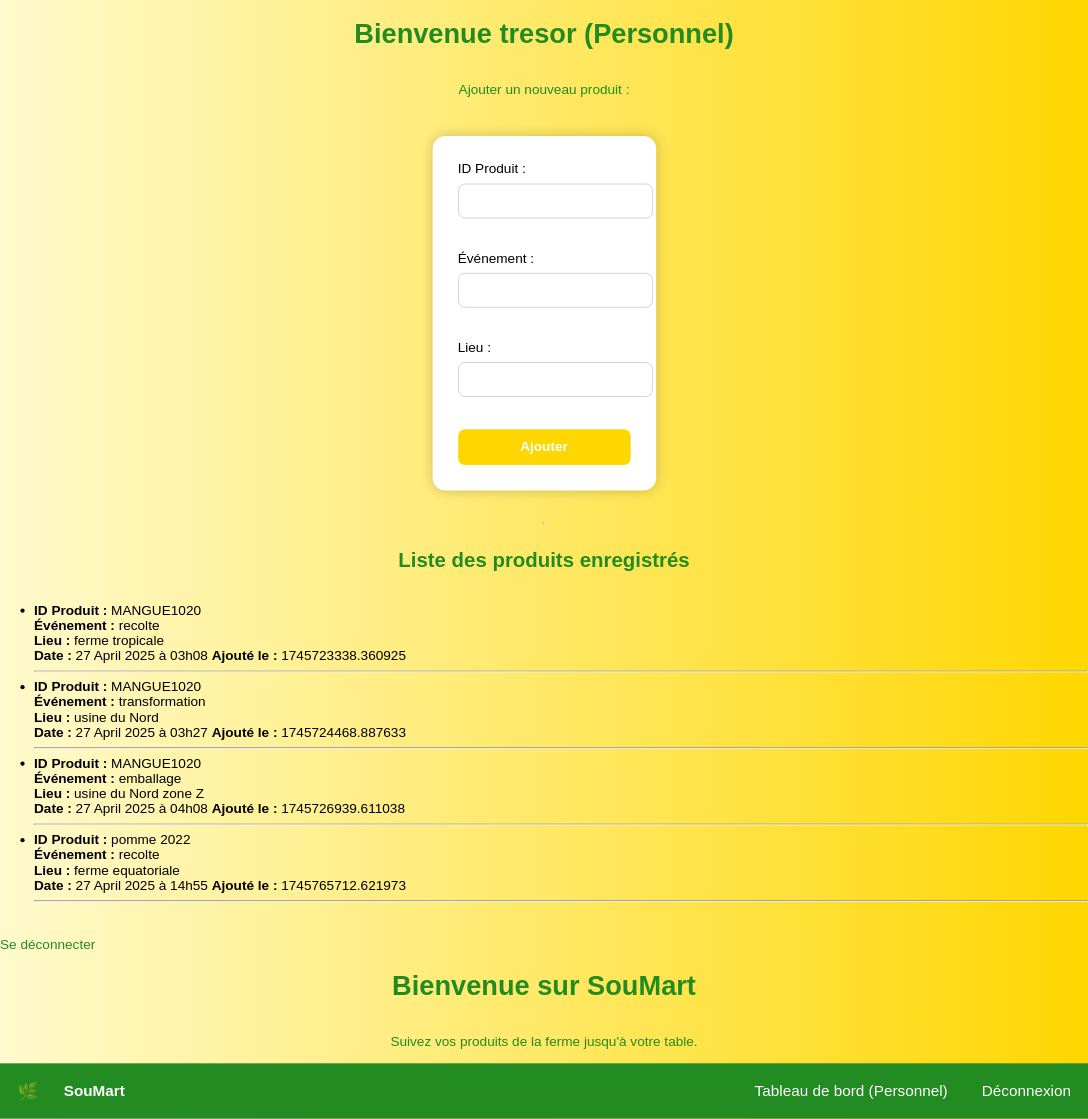
Repository: SouhailMar10/FOOD-MART
Page: http://localhost/dashboard_personnel
These files come from the project's save history. The page is drawn as it stood at one moment and after the next save; the edit follows.
The browser window is 1280 px wide. The pictures show the whole page, at 85% of full size.
The page is served by the project's application, run on Flask 3 (app.py). The user the application loads for id 1 is signed in. Other server files are loaded and not shown. The page reads the database file committed with the project.

Above is the page before, as saved 2025-04-27 11:03:16.

### templates/dashboard_personnel.html
<!DOCTYPE html>
<html lang="fr">
<head>
    <meta charset="UTF-8">
    <title>Dashboard Personnel</title>
    <link rel="stylesheet" href="{{ url_for('static', filename='style.css') }}">
</head>
<body>
    <h1>Bienvenue {{ username }} (Personnel)</h1>
    <p>Ajouter un nouveau produit :</p>

    {% with messages = get_flashed_messages() %}
      {% if messages %}
        {% for message in messages %}
          <p style="color: green;">{{ message }}</p>
        {% endfor %}
      {% endif %}
    {% endwith %}

    <form action="/dashboard_personnel" method="POST">
        <label for="product_id">ID Produit :</label><br>
        <input type="text" id="product_id" name="product_id" required><br><br>

        <label for="event">Événement :</label><br>
        <input type="text" id="event" name="event" required><br><br>

        <label for="location">Lieu :</label><br>
        <input type="text" id="location" name="location" required><br><br>

        <input type="submit" value="Ajouter">
    </form>

    <hr>

    <h2>Liste des produits enregistrés</h2>
    {% if products %}
        <ul>
            {% for block in products %}
                <li>
                    <strong>ID Produit :</strong> {{ block.product_id }}<br>
                    <strong>Événement :</strong> {{ block.event }}<br>
                    <strong>Lieu :</strong> {{ block.location }}<br>
                    <strong>Date :</strong> {{ block.get_formatted_date() }}
                    <strong>Ajouté le :</strong> {{ block.timestamp }}
                </li>
                <hr>
            {% endfor %}
        </ul>
    {% else %}
        <p>Aucun produit enregistré pour l’instant.</p>
    {% endif %}

    <br>
    <a href="/logout">Se déconnecter</a>
    <h1 class="fade-in">Bienvenue sur SouMart</h1>
<p class="fade-in">Suivez vos produits de la ferme jusqu'à votre table.</p>

</body>
<nav class="navbar">
    <div class="navbar-container">
        <div class="navbar-brand">
            🌿 <a href="/" class="brand-name">SouMart</a>
        </div>

        {% if current_user.is_authenticated %}
            {% if current_user.role == 'Personnel' %}
                <a href="/dashboard_personnel">Tableau de bord (Personnel)</a>
            {% elif current_user.role == 'Client' %}
                <a href="/dashboard_client">Tableau de bord (Client)</a>
            {% endif %}
            <a href="/logout">Déconnexion</a>
        {% else %}
            <a href="/login">Connexion</a>
            <a href="/register">Créer un compte</a>
        {% endif %}
    </div>
</nav>


</html>

### app.py
from flask import Flask, render_template, request, redirect, url_for, flash
from flask_login import LoginManager, UserMixin, login_user, login_required, logout_user, current_user
from blockchain import Blockchain
import sqlite3
import os
from werkzeug.security import generate_password_hash, check_password_hash
import re

app = Flask(__name__)
app.secret_key = 'ta_cle_secrete_super_secrete'  # Important pour la sécurité

# Initialiser la Blockchain
food_chain = Blockchain()

# Initialiser Flask-Login
login_manager = LoginManager()
login_manager.init_app(app)
login_manager.login_view = 'login'

# Classe User pour Flask-Login
class User(UserMixin):
    def __init__(self, id, username, password, role):
        self.id = id
        self.username = username
        self.password = password
        self.role = role

# Charger un utilisateur
@login_manager.user_loader
def load_user(user_id):
    connection = sqlite3.connect('database.db')
    cursor = connection.cursor()
    cursor.execute("SELECT id, username, password, role FROM users WHERE id = ?", (user_id,))
    user_data = cursor.fetchone()
    connection.close()
    if user_data:
        return User(*user_data)
    return None

# Créer la base de données SQLite s'il n'y a pas encore
def init_db():
    if not os.path.exists('database.db'):
        connection = sqlite3.connect('database.db')
        cursor = connection.cursor()
        cursor.execute('''
            CREATE TABLE users (
                id INTEGER PRIMARY KEY AUTOINCREMENT,
                username TEXT UNIQUE NOT NULL,
                password TEXT NOT NULL,
                role TEXT NOT NULL
            )
        ''')
        connection.commit()
        connection.close()

# Appeler init_db au démarrage
init_db()

# Route inscription

@app.route('/register', methods=['GET', 'POST'])
def register():
    if request.method == 'POST':
        username = request.form['username']
        password = request.form['password']
        role = request.form['role']

        # Vérifier la longueur du mot de passe
        if len(password) < 8:
            flash('Le mot de passe doit contenir au moins 8 caractères.', 'error')
            return redirect(url_for('register'))

        # Vérifier la présence d'au moins une majuscule
        if not re.search(r'[A-Z]', password):
            flash('Le mot de passe doit contenir au moins une lettre majuscule.', 'error')
            return redirect(url_for('register'))

        # Vérifier la présence d'au moins un chiffre
        if not re.search(r'\d', password):
            flash('Le mot de passe doit contenir au moins un chiffre.', 'error')
            return redirect(url_for('register'))

        # Hachage du mot de passe
        hashed_password = generate_password_hash(password)

        connection = sqlite3.connect('database.db')
        cursor = connection.cursor()

        try:
            cursor.execute("INSERT INTO users (username, password, role) VALUES (?, ?, ?)",
                           (username, hashed_password, role))
            connection.commit()
            flash('Compte créé avec succès, veuillez vous connecter.', 'success')
            return redirect(url_for('login'))
        except sqlite3.IntegrityError:
            flash('Ce nom d’utilisateur est déjà utilisé.')
            return redirect(url_for('register'))
        finally:
            connection.close()

    return render_template('register.html')


@app.route('/login', methods=['GET', 'POST'])
def login():
    if request.method == 'POST':
        username = request.form['username']
        password = request.form['password']

        connection = sqlite3.connect('database.db')
        cursor = connection.cursor()
        cursor.execute("SELECT id, username, password, role FROM users WHERE username = ?", (username,))
        user_data = cursor.fetchone()
        connection.close()

        if user_data and check_password_hash(user_data[2], password):
            user = User(*user_data)
            login_user(user)
            flash('Connexion réussie.','success')
            if user.role == "Personnel":
                return redirect(url_for('dashboard_personnel'))
            else:
                return redirect(url_for('dashboard_client'))
        else:
            flash('Identifiant ou mot de passe incorrect.', 'error')
            return redirect(url_for('login'))

    return render_template('login.html')


# Tableau de bord pour le Personnel
@app.route('/dashboard_personnel', methods=['GET', 'POST'])
@login_required
def dashboard_personnel():
    if current_user.role != "Personnel":
        flash("Accès refusé.",'error')
        return redirect(url_for('login'))

    if request.method == 'POST':
        product_id = request.form['product_id']
        event = request.form['event']
        location = request.form['location']

        food_chain.add_block(product_id, event, location)
        flash('Produit ajouté à la blockchain avec succès.', 'success')

    # Envoyer toute la blockchain sauf le bloc Genesis (index 0)
    products = food_chain.chain[1:]  # On enlève le tout premier bloc ("Début de la traçabilité")
    return render_template('dashboard_personnel.html', username=current_user.username, products=products)

# Tableau de bord pour le Client
@app.route('/dashboard_client', methods=['GET', 'POST'])
@login_required
def dashboard_client():
    if current_user.role != "Client":
        flash("Accès refusé.")
        return redirect(url_for('login'))

    history = []
    if request.method == 'POST':
        product_id = request.form['product_id']

        # Chercher tous les blocs liés à ce produit
        history = [block for block in food_chain.chain if block.product_id == product_id]

    return render_template('dashboard_client.html', username=current_user.username, history=history)


@app.route('/logout')
@login_required
def logout():
    logout_user()
    flash("Vous êtes déconnecté.", 'success')
    return redirect(url_for('login'))


@app.route('/')
def home():
    return render_template('home.html')









if __name__ == "__main__":
    app.run(debug=True)

### blockchain.py
from block import Block
import json
import os
from datetime import datetime

class Blockchain:
    def __init__(self):
        if os.path.exists("blockchain_data.json"):
            self.load_from_file()
        else:
            self.chain = [self.create_genesis_block()]
            self.save_to_file()

    def create_genesis_block(self):
        return Block(0, "0", "Début de la traçabilité", "Origine", "0")

    def get_latest_block(self):
        return self.chain[-1]

    def add_block(self, product_id, event, location):
        latest_block = self.get_latest_block()
        new_block = Block(
            index=latest_block.index + 1,
            product_id=product_id,
            event=event,
            location=location,
            previous_hash=latest_block.hash
        )
        self.chain.append(new_block)
        self.save_to_file()

    def is_chain_valid(self):
        for i in range(1, len(self.chain)):
            previous_block = self.chain[i - 1]
            current_block = self.chain[i]

            if current_block.hash != current_block.calculate_hash():
                print(f"Erreur de hash au bloc {current_block.index}")
                return False

            if current_block.previous_hash != previous_block.hash:
                print(f"Erreur de chaînage entre bloc {previous_block.index} et {current_block.index}")
                return False

        return True

    def save_to_file(self):
        chain_data = []
        for block in self.chain:
            block_data = {
                "index": block.index,
                "timestamp": block.timestamp,
                "product_id": block.product_id,
                "event": block.event,
                "location": block.location,
                "previous_hash": block.previous_hash,
                "hash": block.hash
            }
            chain_data.append(block_data)

        with open("blockchain_data.json", "w") as file:
            json.dump(chain_data, file, indent=4)

    def load_from_file(self):
        with open("blockchain_data.json", "r") as file:
            chain_data = json.load(file)
            self.chain = []
            for block_data in chain_data:
                block = Block(
                    index=block_data["index"],
                    product_id=block_data["product_id"],
                    event=block_data["event"],
                    location=block_data["location"],
                    previous_hash=block_data["previous_hash"]
                )
                block.timestamp = block_data["timestamp"]
                block.hash = block_data["hash"]
                self.chain.append(block)

class Block:
    def __init__(self, index, product_id, event, location, previous_hash):
        self.index = index
        self.timestamp = datetime.now().timestamp()  # Timestamp au moment de la création
        self.product_id = product_id
        self.event = event
        self.location = location
        self.previous_hash = previous_hash
        self.hash = self.calculate_hash()

    def calculate_hash(self):
        import hashlib
        data = f"{self.index}{self.timestamp}{self.product_id}{self.event}{self.location}{self.previous_hash}"
        return hashlib.sha256(data.encode()).hexdigest()

    def get_formatted_date(self):
        return datetime.fromtimestamp(self.timestamp).strftime("%d %B %Y à %Hh%M")

### blockchain_data.json
[
    {
        "index": 0,
        "timestamp": 1745688203.6056602,
        "product_id": "0",
        "event": "D\u00e9but de la tra\u00e7abilit\u00e9",
        "location": "Origine",
        "previous_hash": "0",
        "hash": "6d1b47e2801f67e56fe7556b3627601eb9d111e0b5f0f5629c99d8c7a9abc122"
    },
    {
        "index": 1,
        "timestamp": 1745723338.360925,
        "product_id": "MANGUE1020",
        "event": "recolte",
        "location": "ferme tropicale",
        "previous_hash": "6d1b47e2801f67e56fe7556b3627601eb9d111e0b5f0f5629c99d8c7a9abc122",
        "hash": "316a8a35667de9a6ac64528fd6853a65b783c7ef0dfb80a0f0df2b15d60fd386"
    },
    {
        "index": 2,
        "timestamp": 1745724468.887633,
        "product_id": "MANGUE1020",
        "event": "transformation",
        "location": "usine du Nord",
        "previous_hash": "316a8a35667de9a6ac64528fd6853a65b783c7ef0dfb80a0f0df2b15d60fd386",
        "hash": "ee967f10da62093e403cb924ab9786ad74276dacc5f5e725c577fad764c8b2af"
    },
    {
        "index": 3,
        "timestamp": 1745726939.611038,
        "product_id": "MANGUE1020",
        "event": "emballage",
        "location": "usine du Nord zone Z ",
        "previous_hash": "ee967f10da62093e403cb924ab9786ad74276dacc5f5e725c577fad764c8b2af",
        "hash": "72fd547f836a1071c2e1bd052b796bdbc448899c4d23839c86ab134acdc84639"
    },
    {
        "index": 4,
        "timestamp": 1745765712.621973,
        "product_id": "pomme 2022",
        "event": "recolte",
        "location": "ferme equatoriale",
        "previous_hash": "72fd547f836a1071c2e1bd052b796bdbc448899c4d23839c86ab134acdc84639",
        "hash": "fe28619183ee5527b162491c3c3f8b327de1aa44bc0649cecf02f85b2173f4e9"
    }
]

### static/style.css
/* Style général */
body {
    font-family: 'Arial', sans-serif;
    background: linear-gradient(to right, #FFFACD, #FFD700); /* dégradé jaune doux */
    margin: 0;
    padding: 0;
    min-height: 100vh;
    display: flex;
    flex-direction: column;
}

/* Titres */
h1, h2, p {
    text-align: center;
    color: #228B22; /* vert nature */
}

/* Formulaires */
form {
    background: #ffffff;
    max-width: 400px;
    margin: 30px auto;
    padding: 30px;
    border-radius: 15px;
    box-shadow: 0px 0px 15px rgba(0, 0, 0, 0.2);
}

/* Inputs */
input[type="text"],
input[type="password"],
select {
    width: 100%;
    padding: 12px;
    margin: 8px 0 20px 0;
    border: 1px solid #ccc;
    border-radius: 8px;
}

/* Boutons */
input[type="submit"],
button {
    background-color: #FFD700; /* jaune doux */
    color: #ffffff;
    padding: 12px 20px;
    border: none;
    border-radius: 8px;
    cursor: pointer;
    font-size: 16px;
    width: 100%;
    font-weight: bold;
}

input[type="submit"]:hover,
button:hover {
    background-color: #FFC300; /* jaune plus intense au survol */
}

/* Footer */
footer {
    margin-top: auto;
    background: #228B22; /* vert nature */
    color: #ffffff;
    text-align: center;
    padding: 15px 0;
    font-size: 14px;
}

/* Liens */
a {
    text-decoration: none;
    color: #228B22;
}

a:hover {
    text-decoration: underline;
}
/* Animation d'apparition lente */
.fade-in {
    animation: fadeIn 2s ease-in;
}

@keyframes fadeIn {
    0% { opacity: 0; transform: translateY(-20px); }
    100% { opacity: 1; transform: translateY(0); }
}
/* Frise chronologique */
.timeline {
    position: relative;
    max-width: 800px;
    margin: 20px auto;
}

.timeline::after {
    content: '';
    position: absolute;
    width: 6px;
    background-color: #228B22;
    top: 0;
    bottom: 0;
    left: 50%;
    margin-left: -3px;
}

.timeline-event {
    padding: 20px;
    position: relative;
    background-color: inherit;
    width: 50%;
}

.timeline-event::after {
    content: '';
    position: absolute;
    width: 20px;
    height: 20px;
    right: -10px;
    background-color: #FFD700;
    border: 4px solid #228B22;
    top: 15px;
    border-radius: 50%;
    z-index: 1;
}

.left {
    left: 0;
}

.right {
    left: 50%;
}

.timeline-event-content {
    background-color: #fff;
    padding: 20px;
    border-radius: 6px;
    box-shadow: 0 2px 10px rgba(0,0,0,0.1);
}
/* Navbar */
.navbar {
    background-color: #228B22; /* vert nature */
    overflow: hidden;
    padding: 10px 0;
    box-shadow: 0 2px 4px rgba(0,0,0,0.2);
}

.navbar-container {
    display: flex;
    justify-content: center;
    align-items: center;
}

.navbar-container a {
    color: white;
    text-align: center;
    padding: 12px 20px;
    text-decoration: none;
    font-size: 18px;
    transition: background-color 0.3s;
}

.navbar-container a:hover {
    background-color: #FFD700; /* Jaune doux au hover */
    color: #333;
    border-radius: 8px;
}
/* Brand (icone + nom) */
.navbar-brand {
    display: flex;
    align-items: center;
    margin-right: auto;
    font-size: 20px;
    color: #ffffff;
    padding-left: 20px;
}

.navbar-brand a.brand-name {
    color: #ffffff;
    text-decoration: none;
    font-weight: bold;
    margin-left: 10px;
}

.navbar-brand a.brand-name:hover {
    text-decoration: underline;
}


.flash-error {
    color: red;
    background-color: #ffe6e6;
    border: 1px solid red;
    padding: 10px;
    margin: 10px auto;
    max-width: 400px;
    border-radius: 5px;
    text-align: center;
}

.flash-success {
    color: green;
    background-color: #e6ffe6;
    border: 1px solid green;
    padding: 10px;
    margin: 10px auto;
    max-width: 400px;
    border-radius: 5px;
    text-align: center;
}

### database.db (the tables this page reads, as SQL)
CREATE TABLE users (
                id INTEGER PRIMARY KEY AUTOINCREMENT,
                username TEXT UNIQUE NOT NULL,
                password TEXT NOT NULL,
                role TEXT NOT NULL
            );
INSERT INTO "users" VALUES
(1, 'tresor', 'scrypt:32768:8:1$6sjxmBWflMJBzexx$5e9d970b685f4e9a1b4fcb5289b1cc602e2003fdac8f592d025eccdd84b7ad204db9b00dd4c502be1b9561737770b7e1fb5e07085a8c3704e2d7d3d4623e8534', 'Personnel'),
(2, 'tresor megane', 'scrypt:32768:8:1$ER7mXBC8WZQTy8FM$c19ad54fdc1a634cb989f4cd57c7dee0cfa10828539ea3a0417ba0533c5b164d347c2b63b4a9c3ab236620d58c63a1584919ebc17d9a345819736236fd4b633f', 'Client'),
(3, 'sm22', 'scrypt:32768:8:1$UK7cQ0G06rKzso2J$b94f824e1bbfed077ef025fddc552b794ec4d4468864f5a0518381685616d521045006ddbb5cb291e0c3e5549d4c85c554c1f85048d163e36330a4143df26e46', 'Personnel'),
(4, 'sm22c', 'scrypt:32768:8:1$ydywGwJU2iZ5zcZY$964403873723d5fa9788334f948f190b5247403c2b4301a36730546375e15333e1fb9fc4e1501aca369a96b65bc4bd426d558ae9936e25e26b7ee2374458d9d4', 'Personnel');

After the next save:
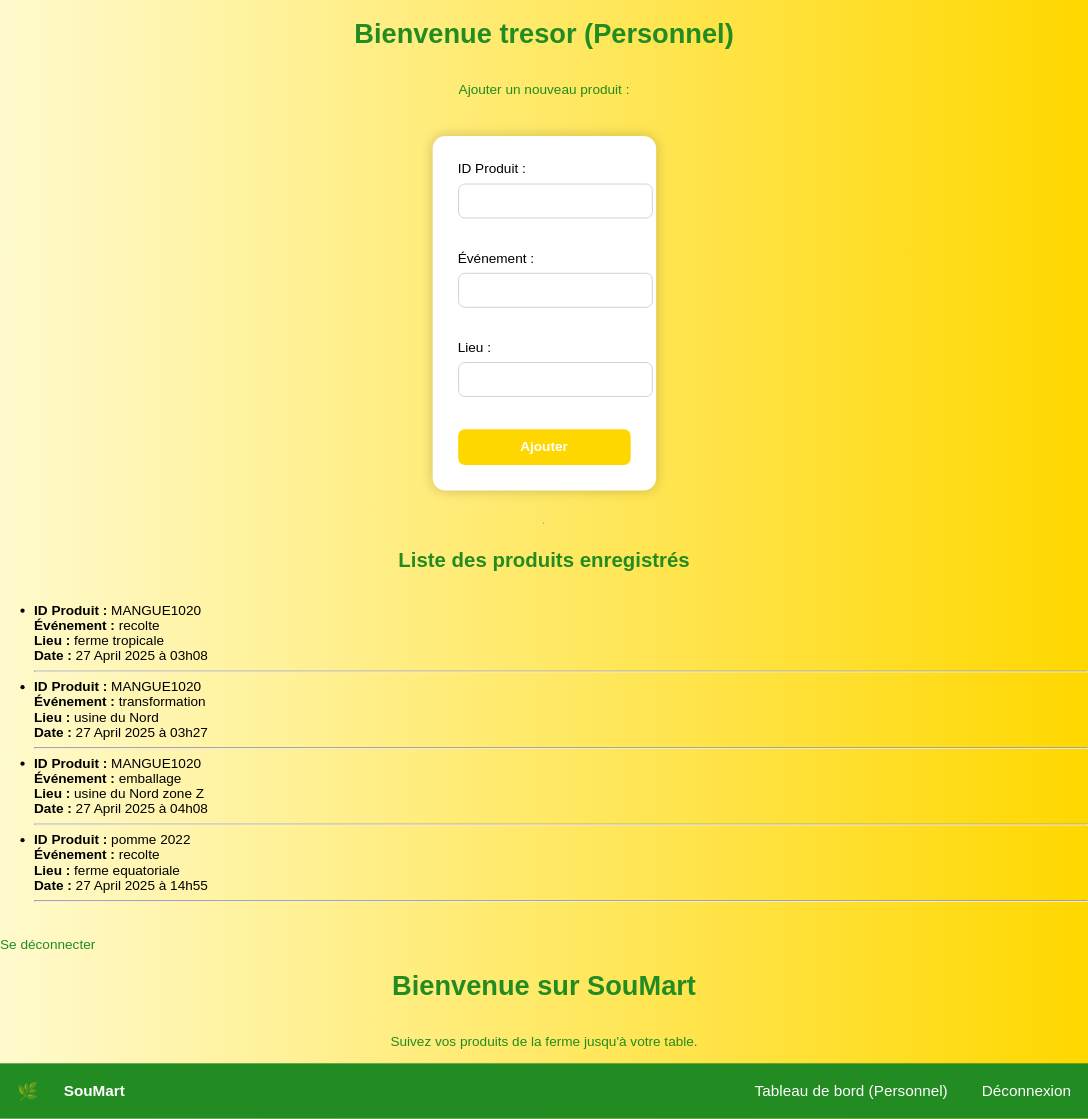
Saved 17 s later.
--- a/templates/dashboard_personnel.html
+++ b/templates/dashboard_personnel.html
@@ -41,7 +41,7 @@
                     <strong>Événement :</strong> {{ block.event }}<br>
                     <strong>Lieu :</strong> {{ block.location }}<br>
                     <strong>Date :</strong> {{ block.get_formatted_date() }}
-                    <strong>Ajouté le :</strong> {{ block.timestamp }}
+
                 </li>
                 <hr>
             {% endfor %}
